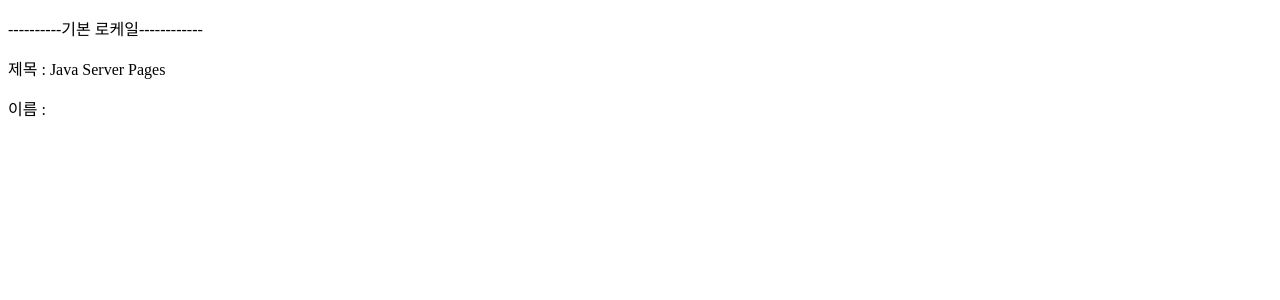
Repository: Pen-nek/Java_original
Page: http://localhost/JspBook/ch09/jstl_fmt01.jsp
An editor plug-in stored every save of this project. The page is shown before and after the next save, followed by the edit.
The browser window is 1280 px wide. The pictures show the whole page.
The page is served by Tomcat 9. Nobody is signed in. The application's start-up code is not run.

Above is the page before, as saved 2019-08-23 03:17:23.

After the next save:
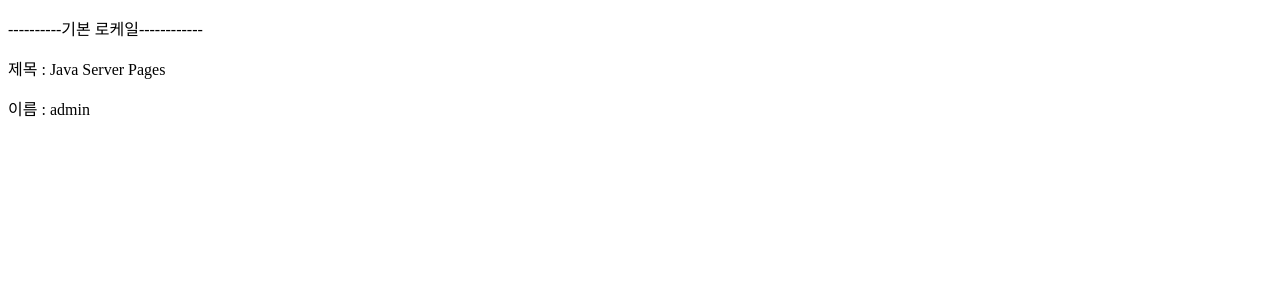
Saved 6 s later.
--- a/JspBook/WebContent/ch09/jstl_fmt01.jsp
+++ b/JspBook/WebContent/ch09/jstl_fmt01.jsp
@@ -15,7 +15,7 @@
 		<fmt:setBundle basename="bundle.myBundle" var="resourceBundle" />	<%-- basename:프로퍼티 파일 주소. var : 프로퍼티 이름 지정 --%>
 	<p> 제목 : <fmt:message key="title" bundle="${resourceBundle}" />
 	<p> <fmt:message key="username" var="userMsg" bundle="${resourceBundle}" />
-	이름 : ${unserMsg}
+	이름 : ${userMsg}
 </body>
 
 </html>
